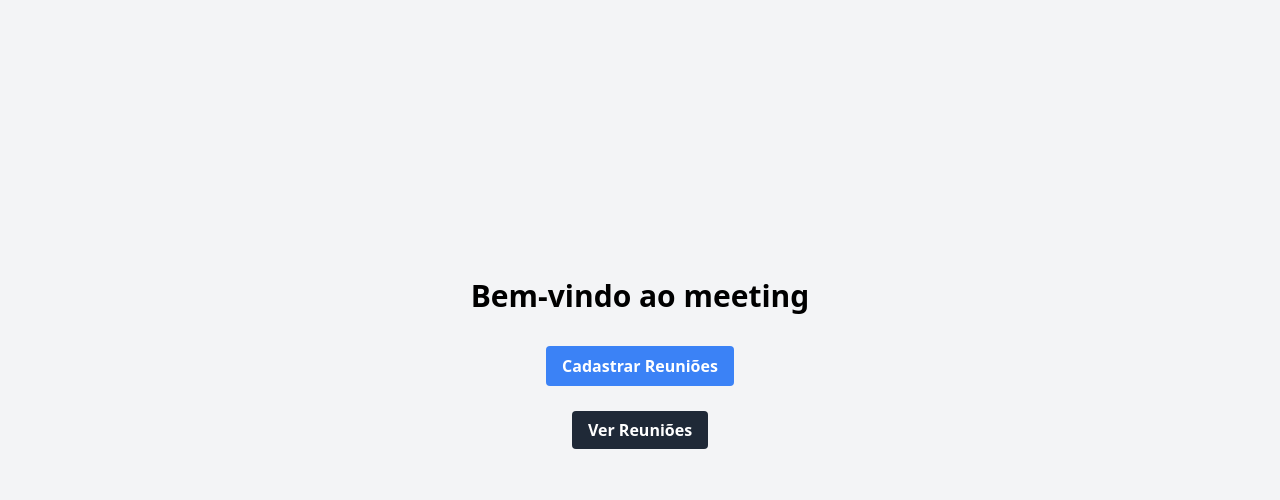
Repository: TamiBeira/meeting
Page: /
An editor plug-in stored every save of this project. The page is shown before and after the next save, followed by the edit.
The browser window is 1280 px wide. The pictures show the whole page.
The project was rebuilt for these pictures with package versions that can differ from the ones it lists, and the page was loaded fresh each time. Also part of the build but not shown: vite.config.ts, src/contexts/FormContext.tsx, src/contexts/MeetingsContext.tsx, src/components/Form.tsx, src/components/MeetingsView.tsx.

Above is the page before, as saved 2024-02-26 23:57:28.

After the next save:
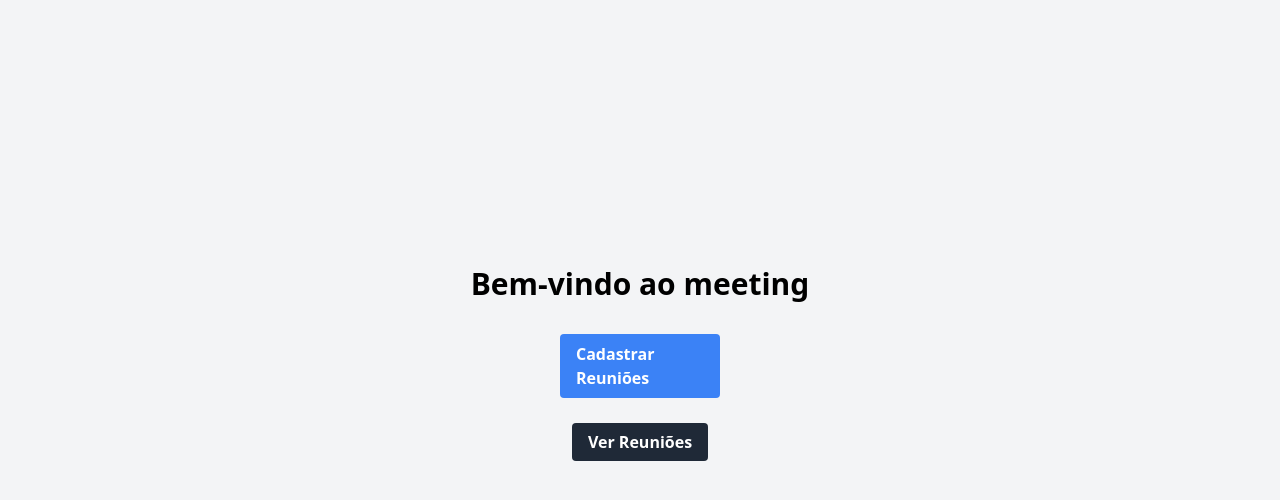
Saved 3 min 38 s later.
--- a/src/components/HomePage.tsx
+++ b/src/components/HomePage.tsx
@@ -7,7 +7,7 @@ export const HomePage = () => {
       <div className="flex space-x-4">
         <Link
           to="/form"
-          className="bg-blue-500 hover:bg-blue-600 text-white font-bold py-2 px-4 rounded focus:outline-none focus:shadow-outline"
+          className="w-40 bg-blue-500 hover:bg-blue-600 text-white font-bold py-2 px-4 rounded focus:outline-none focus:shadow-outline"
         >
           Cadastrar Reuniões
         </Link>
@@ -15,7 +15,7 @@ export const HomePage = () => {
       <div className="mt-8">
         <Link
           to="/meetings"
-          className="bg-gray-800 text-white font-bold py-2 px-4 rounded focus:outline-none focus:shadow-outline"
+          className="w-40 bg-gray-800 text-white font-bold py-2 px-4 rounded focus:outline-none focus:shadow-outline"
         >
           Ver Reuniões
         </Link>
